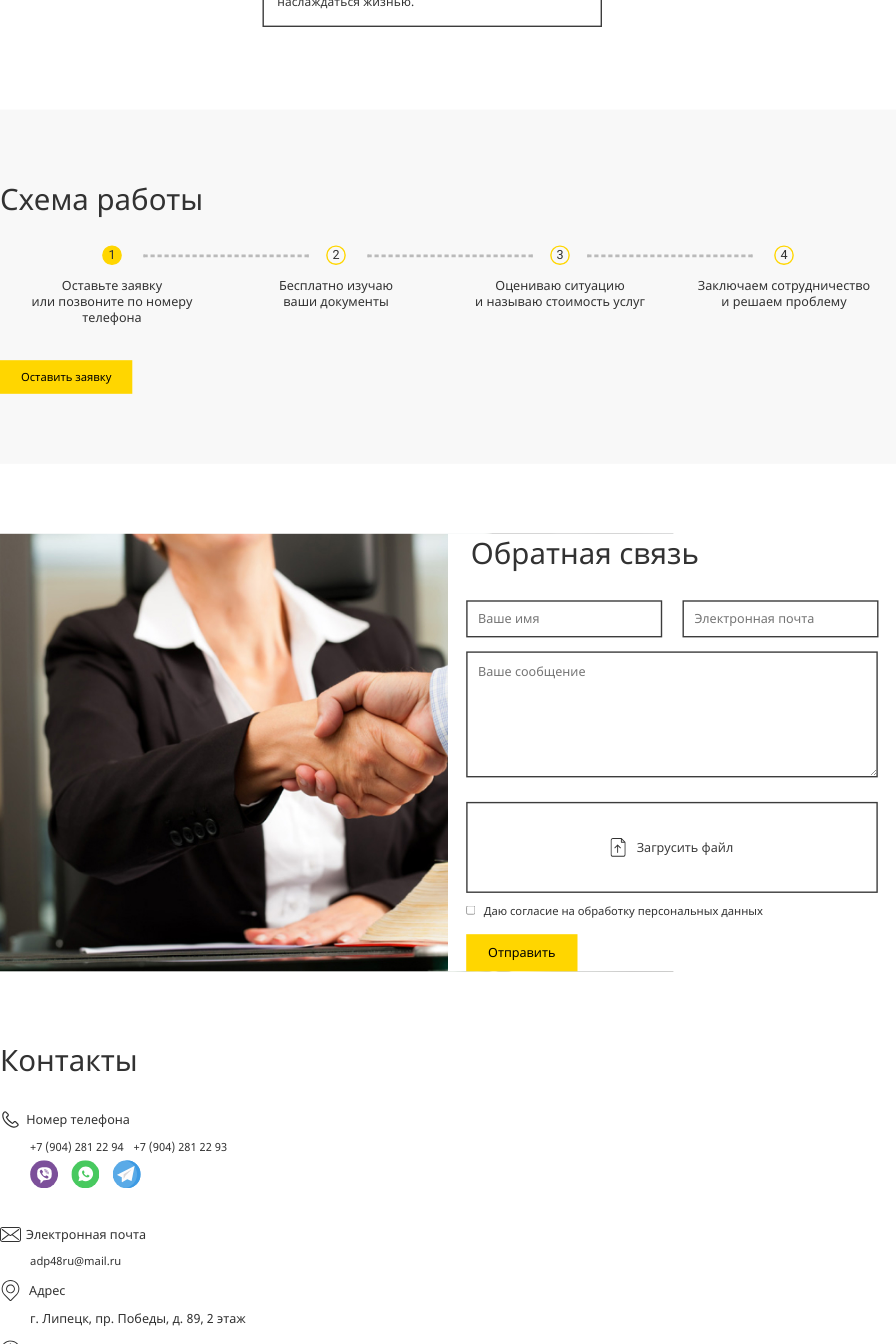
Repository: Nisovaki/antei
Page: http://localhost/
These files come from the project's save history. The page is drawn as it stood at one moment and after the next save; the edit follows.
The browser window is 1280 px wide. The pictures show the part of the page from y = 3982 to 5902 px (the page is 6064 px tall before and 6047 px after), at 70% of full size.
The page is run by PHP 8.4 with error messages shown; the project is at /var/www/html/. Style sheets and scripts are compiled from the project's sources, by tool versions that may differ from the author's.

Above is the page before, as saved 2022-03-19 02:51:14.

### index.html
<!DOCTYPE html>
<html lang="ru">
<head>
	<meta charset="UTF-8">
	<meta http-equiv="X-UA-Compatible" content="IE=edge">
	<meta name="viewport" content="width=1440"/>
	<link rel="stylesheet" href="css/style.css">
	<link rel="preconnect" href="https://fonts.googleapis.com">
	<link rel="preconnect" href="https://fonts.gstatic.com" crossorigin>
	<link href="https://fonts.googleapis.com/css2?family=Roboto&display=swap" rel="stylesheet">
	<title>Услуги юриста</title>
</head>
<body>
	<navbar class="navbar">
		<div class="container">
			<div class="navbar-block">
				<ul class="navbar-list">
					<li class="navbar-item"><a href="#" class="navbar-link">Услуги</a></li>
					<li class="navbar-item"><a href="#" class="navbar-link">Банкротство граждан</a></li>
					<li class="navbar-item"><a href="#" class="navbar-link">Схема работы</a></li>
					<li class="navbar-item"><a href="#" class="navbar-link">Обратная связь</a></li>
				</ul>
				<div class="navbar-tel"><a href="tel:+79042812294" class="navbar-link">+7 (904) 281 22 94</a></div>
				<div class="navbar-address">г. Липецк, пр. Победы, д. 89</div>
			</div>
   </div>
	</navbar>

	<header class="header">
		<div class="container">
			<div class="header-block">
				<h1 class="header-block__title">Услуги юриста</h1>
				<div class="header-block__text">
					Ведение дел осуществляется как по г. Липецку, так и по его Области, возможно дистанционное составление документов
					в других городах
				</div>

				<ul class="header-block__list">
					<li class="icons header-block__item"><span class="icons__check"> Бесплатная консультация</span></li>
					<li class="icons header-block__item"><span class="icons__check"> Для клиентов пенсионного возраста скидки</span></li>
					<li class="icons header-block__item"><span class="icons__check"> Банкротство граждан, скидки для людей со&nbsp;льготами</span></li>
					<li class="icons header-block__item"><span class="icons__check"> В некоторых случаях возможно списать задолжность без подачи заявления на&nbsp;банкротство гарждан</span></li>
				</ul>

				<button class="button header__button">Решить проблему</button>
			</div>
		</div>
	</header>

	<section class="biography">
		<div class="container">
			<div class="author">
				<div class="author-img">
					<img src="img/biography/author.png" alt="Фотография: Богословский Дмитрий Михайлович" class="biography-author">
				</div>
				<div class="author-block">
					<h2 class="title biography-title">Богословский Дмитрий Михайлович</h2>
					<div class="biography-block">
						<div class="biography-subtitle"><span class="biography-subtitle__elipse"></span> Окончил МОУ ВО</div>
						<div class="biography-text">В 2015 году окончил МОУ ВО «Институт правa<br>и экономики» по специальности Юриспруденция,<br> с
							присвоением квалификации Юрист</div>
						<div class="biography-subtitle"><span class="biography-subtitle__elipse"></span> Работал в налоговой службе</div>
						<div class="biography-text">Работал в инспекции федеральной налоговой службе, суде, паралельно осваивая процедуру
							банкротства физических лиц</div>
						<div class="biography-subtitle"><span class="biography-subtitle__elipse"></span> Имею опыт в процедуре банкротства
						</div>
						<div class="biography-text">Имею опыт списания долгов по процедуре банкротства в арбитражном суде, с присвоением
							статуса банкрота</div>
					</div>
				</div>
			</div>
		</div>
	</section>
	<section class="services">
		<div class="container">
			<h2 class="title services__title">Услуги</h2>
			<div class="services-block">
				<div class="services-block__item">
					<h3 class="services-block__title">Гражданские дела</h3>
					<ul class="services-block__list">
						<li class="icons services-block__cell">Гражданские споры</li>
						<li class="icons services-block__cell">Банкротство физических лиц</li>
						<li class="icons services-block__cell">Жилищные и трудовые споры</li>
						<li class="icons services-block__cell">Споры по кредитам частичное списание (индивидуально)</li>
						<li class="icons services-block__cell">Страховые вопросы</li>
						<li class="icons services-block__cell">Возмещение морального вреда, (составление претензий, жалоб, исковых заявлений, представительство в суде)</li>
					</ul>
				</div>

				<div class="services-block__item">
					<h3 class="services-block__title">Административные и&nbsp;арбитражные дела</h3>
					<ul class="services-block__list">
						<li class="icons services-block__cell">Споры, возникающие с органами испольнительной власти</li>
						<li class="icons services-block__cell">Досудебный порядок регулирования</li>
						<li class="icons services-block__cell">Составление претензий, жалоб, искового заявления</li>
						<li class="icons services-block__cell">Ознакомление с материалами дела</li>
						<li class="icons services-block__cell">Представительство в судах</li>
					</ul>
				</div>

				<div class="services-block__item">
					<h3 class="services-block__title">Банкротство физических лиц</h3>
					<p class="services-block__text">К сожалению, гражданам не всегда удаётся своевременно погасить образовавшиеся задолженности<br> по многим причинам — потеря<br>
					работы, заболевание, требующее срочного лечения и т.д., однако<br> выход есть всегда, это Банкротство физичсекого лица</p>
					<a href="#" class="services-block__link">Узнать подробнее
						<img src="img/services/arrow.svg" alt="стрелка" class="services-block__img-1">
						<img src="img/services/arrow.svg" alt="стрелка" class="services-block__img-2">
					</a>
				</div>
			</div>
			<div class="services__wrapper">
				<button class="button services__button"><a href="#" class="services__button-link">Обратиться за помощью</a></button>
			</div>
		</div>
	</section>

	<section class="algorithm">
		<div class="container">
			<div class="algorithm-block">
				<div class="algorithm-block__item-1">
					<h2 class="title algorithm-block__title">Наш алгоритм действий</h2>
					<ol class="algorithm-block__list">
						<li class="algorithm-block__cell algorithm-block__cell-color"><div class="algorithm-block__element"></div> Изучение дела</li>
						<li class="algorithm-block__cell"><div class="algorithm-block__element"></div> Выработка стратегии</li>
						<li class="algorithm-block__cell"><div class="algorithm-block__element"></div> Претензионная работа</li>
						<li class="algorithm-block__cell"><div class="algorithm-block__element"></div> Подготовка пиьменной позиции</li>
						<li class="algorithm-block__cell"><div class="algorithm-block__element"></div> Наложение обеспечительных мер</li>
						<li class="algorithm-block__cell"><div class="algorithm-block__element"></div> Сбор доказательств</li>
						<li class="algorithm-block__cell"><div class="algorithm-block__element"></div> Представление интересов клиента в суде</li>
						<li class="algorithm-block__cell"> В случае обжалования решения суда первой инстанции — подготовка апелляционной и&nbsp;кассационной жалобы</li>
					</ol>
				</div>
				<div class="algorithm-block__item-2"><img src="img/algorithm/algorithm-img.jpg" alt="img: algorithm-block__img" class="algorithm-block__img"></div>
			</div>
		</div>
	</section>

	<section class="smash">
		<div class="container">
			<h2 class="title smash__title">Банкротство граждан</h2>
			<p class="smash__text">Это прозрачный и законный способ списания долгов (кредитов, займов, микрозаймов, долговых расписок) для гражданина,
			который регулируется Федеральным законом «О несостоятельности (банкротстве)»<br> от 26.10.2002 N 127-ФЗ (последняя редакция)</p>

			<div class="smash-wrapper">
				<div class="smash-wrapper__item smash-wrapper__item--indent-1">
					<div class="smash-wrapper__num">1</div>
					<div class="smash-wrapper__title">Консультация</div>
					<div class="smash-wrapper__text">Квалифицированные специалисты с многолетним опытом, помогают клиенту соориентироваться необходима ли для него процедура
					банкротства, каковы плюсы и минусы, есть ли ограничения,<br>каков предполагаемый результат на стадии<br> анализа.
  					</div>
				</div>

				<div class="smash-arrow__right"><img src="img/smash/arrow_right.svg" alt="arrow_right"></div>

				<div class="smash-wrapper__item smash-wrapper__item--indent-2">
					<div class="smash-wrapper__num">2</div>
					<div class="smash-wrapper__title">Составление перечьня докуметов</div>
					<div class="smash-wrapper__text">Составление необходимого перечьня документов, при необходимости восстановления справок, договоров, для предоставления
					юристу, при составлении Заявление о признании должника несостоятельным (банкротом), с пошаговым объяснением клиенту, для
					чего тот или иной абзац.
					</div>
				</div>

				<div class="smash-arrow__bottom"><img src="img/smash/arrow_bottom .svg" alt="arrow_bottom"></div>

				<div class="smash-wrapper__item smash-wrapper__item--indent-3">
					<div class="smash-wrapper__num">3</div>
					<div class="smash-wrapper__title">Подача заявления</div>
					<div class="smash-wrapper__text">Подача заявления в Арбитражный суд и представительство его интересов в суде по<br> данному делу, процедура списания долгов,
					при которой можно вздохнуть спокойно и<br> наслаждаться жизнью.
					</div>
				</div>
			</div>
			<!-- /.smash-wrapper -->
		</div>
		<!-- /. container -->
	</section>

	<section class="scheme">
		<div class="container">
			<h2 class="title scheme__title">Схема работы</h2>
			<div class="scheme-wrapper">
				<div class="scheme-wrapper__item">
					<div class="scheme-wrapper--dotted-1"></div>
					<div class="scheme-wrapper__num scheme-wrapper__num--color">1</div>
					<p class="scheme-wrapper__text">Оставьте заявку <br>или позвоните по номеру телефона</p>
				</div>
				<!-- /.scheme-wrapper__item -->
				<div class="scheme-wrapper__item">
					<div class="scheme-wrapper--dotted-2"></div>
					<div class="scheme-wrapper__num">2</div>
					<p class="scheme-wrapper__text">Бесплатно изучаю <br>ваши документы</p>
				</div>
				<!-- /.scheme-wrapper__item -->
				<div class="scheme-wrapper__item">
					<div class="scheme-wrapper--dotted-3"></div>
					<div class="scheme-wrapper__num">3</div>
					<p class="scheme-wrapper__text">Оцениваю ситуацию<br> и называю стоимость услуг</p>
				</div>
				<!-- /.scheme-wrapper__item -->
				<div class="scheme-wrapper__item">
					<div class="scheme-wrapper__num">4</div>
					<p class="scheme-wrapper__text">Заключаем сотрудничество и решаем проблему</p>
				</div>
				<!-- /.scheme-wrapper__item -->
			</div>
			<!-- /.scheme-wrapper -->
			<button class="button scheme__button">Оставить заявку</button>
		</div>
		<!-- /.container -->
	</section>
	<!-- /.scheme -->
    <section class="feedback">
		<div class="container">
			<div class="feedback-block">
				<div class="feedback-block__title">Обратная связь</div>
				<form action="send.php" method="post" class="feedback-form">
					<div class="feedback-input">
						<input type="text" placeholder="Ваше имя" class="feedback__input" name="name">
						<input type="text" placeholder="Электронная почта" class="feedback__input" name="email">
					</div>
					<textarea name="message" placeholder="Ваше сообщение" class="feedback__message"></textarea>
					<div class="feedback__wrapper">
						<input type="file" name="file" type="file" name="file" id="input__file" multiple class="feedback__file">
						<label for="input__file" class="feedback__file-button">
							<span class="feedback__file-button-text">
								<img src="img/feedback/file.svg" alt="файл">
								Загрусить файл
							</span>
						</label>
					</div>
					<div class="feedback__agreemet">
						<input type="checkbox" class="feedback__checkbox">
						<span class="feedback__text">Даю согласие на обработку персональных данных</span>
					</div>
					<button class="feedback__button">Отправить</button>
				</form>
			</div>
		</div>
	</section>

	<footer class="footer">
		<div class="container">
			<div class="footer-contacts">
				<h2 class="title footer__title">Контакты</h2>
				<div class="footer-contacts__item">
					<h3 class="footer-contacts__subtitle footer-contacts__subtitle--ml-1"><img src="img/footer/phone.svg" alt="icon: тефон" class="footer-contacts__icon-1">Номер телефона</h3>
					<a href="tel:+79042812294" class="footer-contacts__phone--ml1">+7 (904) 281 22 94</a>
					<a href="tel:+79042812293" class="footer-contacts__phone--ml2">+7 (904) 281 22 93</a>
					<div class="footer-contacts__block">
						<a href="" target="_blank"><img src="img/footer/viber.svg" alt="icon: viber" class="footer-contacts__icon"></a>
						<a href="" target="_blank"><img src="img/footer/watsapp.svg" alt="icon: watsapp" class="footer-contacts__icon"></a>
						<a href="" target="_blank"><img src="img/footer/telegram.svg" alt="icon: telegram" class="footer-contacts__icon"></a>
					</div>
					<p class="footer-contacts__subtitle footer-contacts__subtitle--ml-2"><img src="img/footer/email.svg" alt="icon: email" class="footer-contacts__icon-2"> Электронная почта</p>
					<a href="mailto:adp48ru@mail.ru" class="footer-contacts__email">adp48ru@mail.ru</a>
					<h3 class="footer-contacts__subtitle footer-contacts__subtitle--ml-3 "><img src="img/footer/map.svg" alt="icon: адрес" class="footer-contacts__icon-3"> Адрес</h3>
					<p class="footer-contacts__text">г. Липецк, пр. Победы, д. 89, 2 этаж</p>
					<h3 class="footer-contacts__subtitle footer-contacts__subtitle--ml-4"><img src="img/footer/clock.svg" alt="icon: режим работы" class="footer-contacts__icon-4"> Часы работы</h3>
					<p class="footer-contacts__text">Будни с 09:00 до17:00, выходные с 09:00 до 13:00 по записи</p>
				</div>

			</div>
			<!-- /.footer-contacts -->
			<div class="footer-map">

			</div>
			<!-- /.footer-map -->
		</div>
			<div class="footer-law">
				<div class="container">
					<p class="footer-law__text">© Все права защищены</p>
				</div>
			</div>

		<!-- /.container -->
	</footer>
	<!-- /.footer -->
</body>
</html>

### sass/style.sass
@import "_normalize.scss"
@import "_variables.sass"
@import "_settings.sass"
@import "_fonts.scss"
@import "block/_navbar.sass"
@import "block/_header.sass"
@import "block/_biography.sass"
@import "block/_services.sass"
@import "block/_algorithm.sass"
@import "block/_smash.sass"
@import "block/_feedback.sass"
@import "block/_footer.sass"
@import "block/_scheme.sass"

### sass/_variables.sass
$dark: #3C3C3C
$light: #FFFFFF
$txt-color: #323232
$btn-color: #FFD600
$fon-color: #F8F8F8
$dashed-color: #BABABA

### sass/_settings.sass
*
	box-sizing: border-box
body
	font-family: "Noto Sans", sans-serif
	font-weight: 400
	color: $txt-color
img
	max-width: 100%
.container
	max-width: 1320px
	margin: auto
.icons
	list-style-image: url(../img/header/Vector.svg)
	&__check
		position: relative
		left: 10px
.button
	padding: 15px 30px
	background-color: $btn-color
	border: none
	cursor: pointer
.title
	font-weight: 500
	font-size: 42px
	line-height: 130%
@media (max-width: 1200px)
	br
		display: none

### sass/_fonts.scss
@font-face {
  font-family: "Noto Sans bold";
  src: url("../fonts/NotoSans-Bold.woff2") format("woff2"),
    url("../fonts/NotoSans-Bold.woff") format("woff");
  font-weight: bold;
  font-style: normal;
  font-display: swap;
}

@font-face {
  font-family: "Noto Sans";
  src: url("../fonts/NotoSans.woff2") format("woff2"),
    url("../fonts/NotoSans.woff") format("woff");
  font-weight: normal;
  font-style: normal;
  font-display: swap;
}

### sass/block/_navbar.sass
.navbar
	display: block
	font-family: 'Roboto', sans-serif
	background-color: $dark
	color: $light
	padding: 37px 0 35px 0
	font-size: 18px
	line-height: 130%
	&-block
		display: flex
		justify-content: space-between
	&-list
		display: flex
		justify-content: space-between
		align-items: center
		margin: 0
		padding: 0
		flex-basis: 46.7%
	&-item
		list-style: none
	&-link
		color: inherit
		text-decoration: none
	&-address
		margin-right: 8.6%
		letter-spacing: 0.4px

### sass/block/_header.sass
.header
	padding: 100px 0
	background: url(../img/header/fon-img.jpg)
	background-repeat: no-repeat
	background-size: contain
	background-position: center right
	position: relative
	&::before
		content: ''
		width: 40.5%
		height: 100%
		position: absolute
		top: 0
		left: 0
		background-color: #ffffff
	&-block
		width: 50%
		position: relative
		margin-right: 50px
		&__list
			margin: 0
			padding: 0
			padding-left: 28px
		&__text
			width: 430px
			font-size: 18px
			line-height: 129%
			margin-bottom: 30px
		&__item
			margin-bottom: 15px
			width: 405px
			font-size: 18px
			line-height: 128%
		&__title
			font-weight: 600
			font-size: 52px
			line-height: 130%
			margin: 0
			margin-bottom: 30px
			letter-spacing: 1.5px
	&__button
		margin-top: 15px
		padding: 16px 29px 17px 31px
		letter-spacing: 1.4px

### sass/block/_biography.sass
.biography
	padding-top: 100px
	background-color: $fon-color
	&-title
		letter-spacing: 0.6px
		width: 475px
		margin: 0
		margin-bottom: 40px
		margin-top: 2px
	&-subtitle
		font-weight: 600
		font-size: 20px
		line-height: 130%
		margin-bottom: 15px
		letter-spacing: 0.5px
		&__elipse
			display: inline-block
			width: 16px
			height: 16px
			background-color: $btn-color
			border-radius: 50%
			margin-right: 9px
	&-text
		font-size: 18px
		line-height: 128%
		width: 487px
		margin-bottom: 30px
.author
	display: flex
	justify-content: flex-end
	&-img
		flex-basis: 45%
		margin-left: 118px
	&-block
		flex-basis: 70%

### sass/block/_algorithm.sass
.algorithm
    padding: 100px 0 70px 0
    background-color: $fon-color
    &-block
        display: flex
        position: relative
        &__item-1
            width: 515px
            margin-left: 103px
        &__title
            width: 382px
            display: inline-block
            margin: 0
            margin-bottom: 40px
            letter-spacing: 0.5px
        &__cell-color
            &::before
                background-color: $btn-color
        &__element
            position: absolute
            top: 33px
            left: 17px
            width: 0px
            height: 34px
            border: 1px dashed $dashed-color
        &__img
            max-width: inherit
ol
    list-style: none
    width: 445px
    font-size: 17px
    font-weight: 400
    padding: 0
    margin: 0
    li
        counter-increment: num
        margin: 0
        padding: 7px 0 35px 44px
        position: relative
        line-height: 125%
        letter-spacing: 0.5px
        &::marker
            display: none
        &::before
            content: counter(num)
            display: inline-block
            position: absolute
            top: 0
            left: 0
            background: #fff
            color: $dark
            text-align: center
            font-size: 18px
            padding: 6px 12px 6px 9px
            border: 1px solid $btn-color
            border-radius: 50%

### sass/block/_smash.sass
.smash
    position: relative
    padding-top: 340px
    padding-bottom: 342px
    &__title
        margin: 0
        margin-bottom: 40px
        width: 382px
        letter-spacing: 0.5px
    &__text
        width: 485px
        font-style: normal
        font-weight: 400
        font-size: 18px
        line-height: 128%
    &-wrapper
        &__item
            position: relative
            width: 485px
            border: 2px solid $dark
            padding: 22px 13px 22px 19px
            &--indent-1
                position: absolute
                top: 98px
                right: 420px
            &--indent-2
                position: absolute
                right: 213px
                top: 367px
            &--indent-3
                position: absolute
                top: 636px
                right: 420px
        &__num
            position: absolute
            top: -20px
            left: -19px
            background-color: $btn-color
            border-radius: 50%
            padding: 5px 12px 5px 12px
            font-size: 18px
            line-height: 130%
            font-family: "Noto Sans"
        &__title
            font-weight: bold
            font-size: 20px
            line-height: 130%
            margin-bottom: 20px
            letter-spacing: -0.5px
        &__text
            width: 450px
            font-size: 17px
            line-height: 137%
            font-weight: 400
            letter-spacing: 0.2px
    &-arrow
        &__right
            position: absolute
            top: 113px
            right: 699px
        &__bottom
            position: absolute
            top: 521px
            right: 697px
            z-index: 1

### sass/block/_scheme.sass
.scheme
    padding-top: 100px
    padding-bottom: 100px
    background-color: $fon-color
    &__title
        margin: 0
        margin-bottom: 40px
    &-wrapper
        position: relative
        display: flex
        justify-content: space-around
        margin-bottom: 30px
        &__item
        &__num
            display: flex
            justify-content: center
            font-size: 18px
            line-height: 130%
            width: 11%
            margin: auto
            font-family: "Roboto"
            border-radius: 50%
            border: 2px solid $btn-color
            &--color
                background-color: $btn-color
        &__text
            text-align: center
            width: 250px
            font-size: 18px
            line-height: 130%
        &--dotted-1
            position: absolute
            top: 13px
            left: 16%
            border: 2px dashed $dashed-color
            width: 236px
            height: 2px
        &--dotted-2
            position: absolute
            top: 13px
            left: 41%
            border: 2px dashed $dashed-color
            width: 236px
            height: 2px
        &--dotted-3
            position: absolute
            top: 13px
            right: 16%
            border: 2px dashed $dashed-color
            width: 236px
            height: 2px

Loaded but not shown: sass/_normalize.scss (common file); img/smash/arrow_right.svg (3 lines, source omitted); img/smash/arrow_bottom .svg (3 lines, source omitted); img/footer/viber.svg (4 lines, source omitted); img/footer/email.svg (11 lines, source omitted); img/footer/clock.svg (4 lines, source omitted); img/footer/map.svg (4 lines, source omitted); img/footer/phone.svg (3 lines, source omitted); img/footer/watsapp.svg (4 lines, source omitted); img/footer/telegram.svg (45 lines, source omitted); img/feedback/file.svg (3 lines, source omitted); img/header/Vector.svg (3 lines, source omitted); img/services/arrow.svg (3 lines, source omitted); sass/block/_feedback.sass (99 lines, source omitted); sass/block/_services.sass (66 lines, source omitted); sass/block/_footer.sass (83 lines, source omitted)

After the next save:
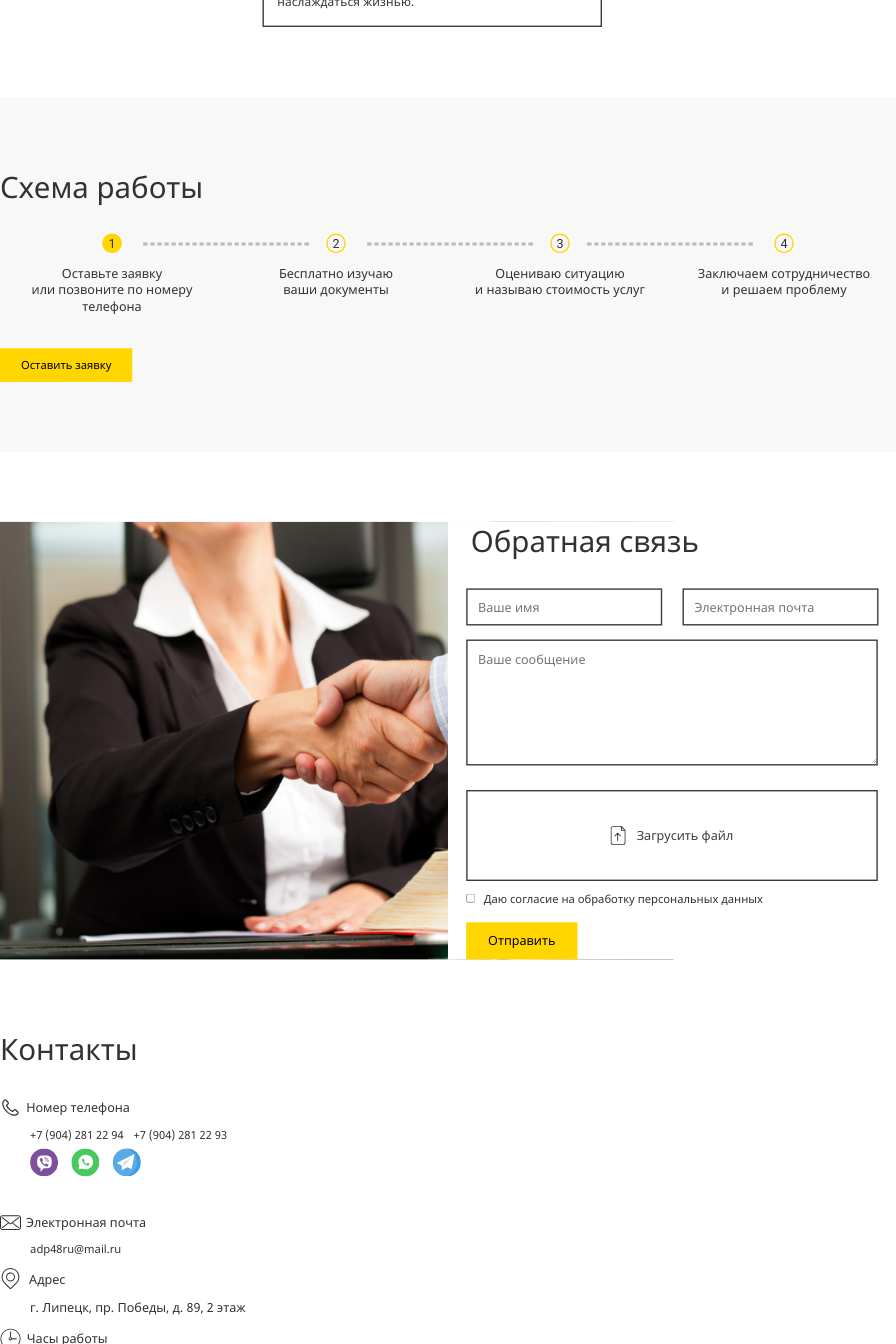
Saved 31 s later.
--- a/sass/block/_smash.sass
+++ b/sass/block/_smash.sass
@@ -1,7 +1,7 @@
 .smash
     position: relative
     padding-top: 340px
-    padding-bottom: 342px
+    padding-bottom: 325px
     &__title
         margin: 0
         margin-bottom: 40px
